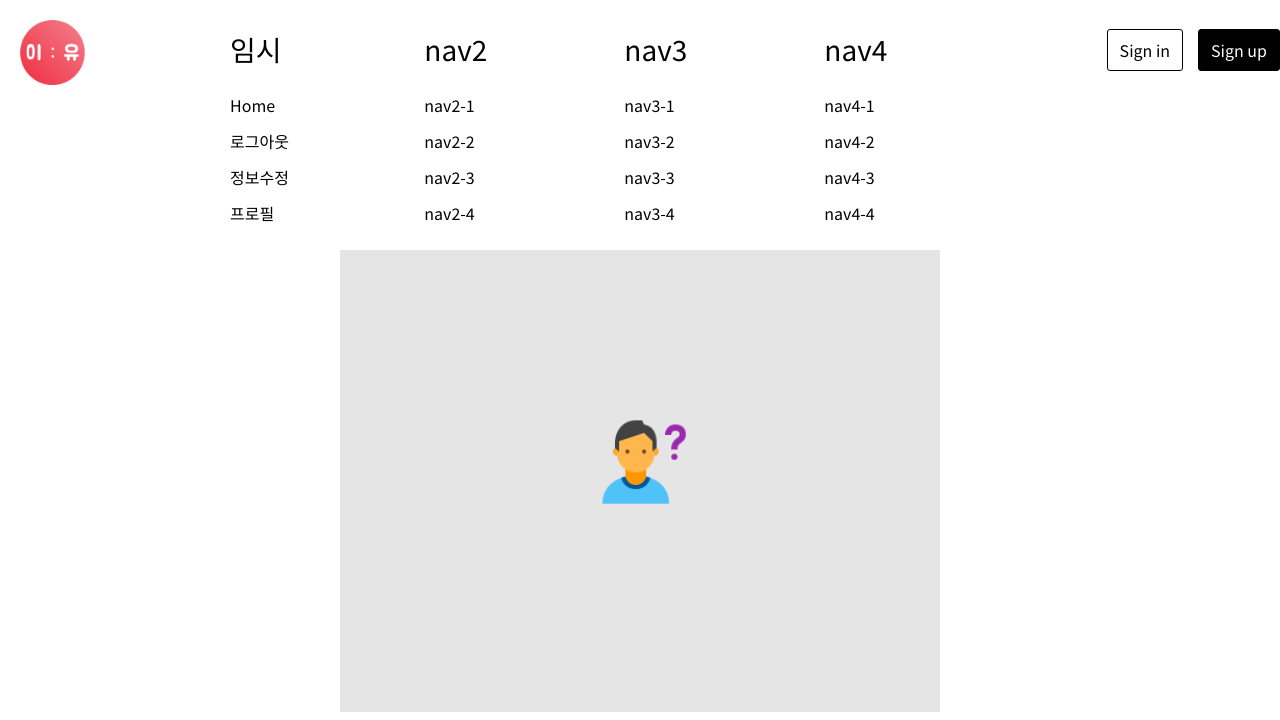
Repository: ryuwc/E_U
Page: /feeling (app in final-pjt-front/)
An editor plug-in stored every save of this project. The page is shown before and after the next save, followed by the edit.
The browser window is 1280 px wide. The pictures show the whole page.
The page's requests for data from a server got no answer. Some web libraries are served in a nearby version. The project was rebuilt for these pictures with package versions that can differ from the ones it lists, and the page was loaded fresh each time. No one was signed in, and anything a server would have sent is missing. Also part of the build but not shown: final-pjt-front/vue.config.js.

Above is the page before, as saved 2022-11-23 12:43:58.

### final-pjt-front/public/index.html
<!DOCTYPE html>
<html lang="">
  <head>
    <meta charset="utf-8">
    <meta http-equiv="X-UA-Compatible" content="IE=edge">
    <meta name="viewport" content="width=device-width,initial-scale=1.0">
    <link rel="icon" href="<%= BASE_URL %>favicon.ico">
    <title>이:유</title>
    <link href="https://cdn.jsdelivr.net/npm/bootstrap@5.2.0/dist/css/bootstrap.min.css" rel="stylesheet" integrity="sha384-gH2yIJqKdNHPEq0n4Mqa/HGKIhSkIHeL5AyhkYV8i59U5AR6csBvApHHNl/vI1Bx" crossorigin="anonymous">
    <link rel="preconnect" href="https://fonts.googleapis.com">
    <link rel="preconnect" href="https://fonts.gstatic.com" crossorigin>
    <link href="https://fonts.googleapis.com/css2?family=Pacifico&display=swap" rel="stylesheet">

    <!-- 온보딩 -->
    <link rel="preconnect" href="https://fonts.googleapis.com" />
    <link rel="preconnect" href="https://fonts.gstatic.com" crossorigin />
    <link href="https://fonts.googleapis.com/css2?family=Noto+Sans+KR:wght@300;400;500;700&display=swap" rel="stylesheet" />
  </head>
  <body>
    <noscript>
      <strong>We're sorry but <%= htmlWebpackPlugin.options.title %> doesn't work properly without JavaScript enabled. Please enable it to continue.</strong>
    </noscript>
    <div id="app"></div>
    <!-- built files will be auto injected -->
    <script src="https://cdn.jsdelivr.net/npm/bootstrap@5.2.0/dist/js/bootstrap.bundle.min.js" integrity="sha384-A3rJD856KowSb7dwlZdYEkO39Gagi7vIsF0jrRAoQmDKKtQBHUuLZ9AsSv4jD4Xa" crossorigin="anonymous"></script>
    <script src="https://kit.fontawesome.com/703c5975bf.js" crossorigin="anonymous"></script>
  </body>
</html>

### final-pjt-front/src/main.js
import Vue from 'vue'
import App from './App.vue'
import store from './store'
import router from './router'
import './assets/tailwind.css'

Vue.config.productionTip = false

new Vue({
  store,
  router,
  render: h => h(App)
}).$mount('#app')

### final-pjt-front/src/App.vue
<template>
  <div id="app">
    <body>
      <header id="header">
        <div class="header">

          <img src="./image/logo.png"
          style="width: 65px; height: 65px; margin-left: 20px; margin-top: 20px; margin-bottom: 20px;"
          >

          <nav>
            <ul>
              <li>
                <div class="list">
                  <h3 class="nav_text">임시</h3>
                  <div class="hidden_nav_list">
                    <a href="">
                      <router-link  to="/home"><p class="hidden_nav_list_text">Home</p></router-link>
                    </a>
                    <a href="" @click.prevent="logOut">
                      <p class="hidden_nav_list_text">로그아웃</p>
                    </a>
                    <a href="">
                      <router-link to="/edit"><p class="hidden_nav_list_text">정보수정</p></router-link>
                    </a>
                    <a href="">
                      <router-link to="/profile"><p class="hidden_nav_list_text">프로필</p></router-link>
                    </a>
                  </div>
                </div>
              </li>
              <li>
                <div class="list">
                  <h3 class="nav_text">nav2</h3>
                  <div class="hidden_nav_list">
                    <a href="">
                      <p class="hidden_nav_list_text">nav2-1</p>
                    </a>
                    <a href="">
                      <p class="hidden_nav_list_text">nav2-2</p>
                    </a>
                    <a href="">
                      <p class="hidden_nav_list_text">nav2-3</p>
                    </a>
                    <a href="">
                      <p class="hidden_nav_list_text">nav2-4</p>
                    </a>
                  </div>
                </div>
              </li>
              <li>
                <div class="list">
                  <h3 class="nav_text">nav3</h3>
                  <div class="hidden_nav_list">
                    <a href="">
                      <p class="hidden_nav_list_text">nav3-1</p>
                    </a>
                    <a href="">
                      <p class="hidden_nav_list_text">nav3-2</p>
                    </a>
                    <a href="">
                      <p class="hidden_nav_list_text">nav3-3</p>
                    </a>
                    <a href="">
                      <p class="hidden_nav_list_text">nav3-4</p>
                    </a>
                  </div>
                </div>
              </li>
              <li>
                <div class="list">
                  <h3 class="nav_text">nav4</h3>
                  <div class="hidden_nav_list">
                    <a href="">
                      <p class="hidden_nav_list_text">nav4-1</p>
                    </a>
                    <a href="">
                      <p class="hidden_nav_list_text">nav4-2</p>
                    </a>
                    <a href="">
                      <p class="hidden_nav_list_text">nav4-3</p>
                    </a>
                    <a href="">
                      <p class="hidden_nav_list_text">nav4-4</p>
                    </a>
                  </div>
                </div>
              </li>
            </ul>
          </nav>

          <div class="header_button_group">
            <router-link v-if="!isLogin" to="/login"><button class="header_button_signin" style="color: black;">Sign in</button></router-link>
            <router-link v-if="!isLogin" to="/signup"><button class="header_button_signup">Sign up</button></router-link>
          </div>
        </div>
      </header>
    </body>


    <!-- 임시로 사용한 네브바 -->
    <!-- <nav>
      <router-link  to="/home">| Home |</router-link>
      <router-link v-if="!isLogin" to="/signup">| Sign Up |</router-link>
      <router-link v-if="!isLogin" to="/login">Login |</router-link>
      <button v-if="isLogin" @click="logOut">로그아웃 |</button>
      <router-link v-if="isLogin" to="/edit">정보수정</router-link> |
      <router-link v-if="isLogin" to="/profile">Profile |</router-link>
      <router-link to="/practice">연습</router-link> |
    </nav> -->

    <router-view />
  </div>
</template>

<script>
import { mapActions, mapGetters } from 'vuex';

const moviesStore = 'moviesStore';

export default {
  name: 'App',

  data() {
    return {
      header: null,
      logo: null,
      navText: null,
      hiddenNavText: null,
      headerBtnSignin: null,
    };
  },
  methods: {
    ...mapActions('accountsStore', ['logOut']),
    ...mapActions(moviesStore, ['getMovies']),
    ...mapActions(moviesStore, ['getNowMovies']),
    getId: (id) => {
      return document.getElementById(id);
    },
    getClass: (className) => {
      return document.getElementsByClassName(className);
    },
    test() {
      return console.log(this.getId('header'));
    },
    handleHoverHeader() {
      this.header.style.backgroundColor = '#fff';
      this.header.style.height = '250px';
      // if (this.headerBtnSignin) {
      //   this.headerBtnSignin[0].style.color = '#000';
      // }
      // this.logo.src = 'https://e7.pngegg.com/pngimages/941/692/png-clipart-black-small-apple-logo-logo-material-apple-logo.png';
      Object.values(this.navText).map((text) => (text.style.color = '#000'));
      Object.values(this.hiddenNavText).map((text) => {
        text.style.display = 'block';
        text.style.color = '#000';
      });
    },
    handleLeaveHeader() {
      this.header.style.backgroundColor = 'rgba(0,0,0,0)';
      this.header.style.height = '100px';
      // if (this.headerBtnSignin) {
      //   this.headerBtnSignin[0].style.color = '#fff';
      // }
      // this.logo.src = 'https://e7.pngegg.com/pngimages/941/692/png-clipart-black-small-apple-logo-logo-material-apple-logo.png';
      Object.values(this.navText).map((text) => (text.style.color = '#fff'));
      Object.values(this.hiddenNavText).map((text) => {
        text.style.display = 'none';
        text.style.color = '#000';
      });
    },
    main: () => {
      // header = this.getId('header');
    },
  },
  computed: {
    ...mapGetters('accountsStore', ['isLogin']),
    ...mapGetters('accountsStore', ['nickname']),
  },
  created() {
    this.getMovies(), this.getNowMovies();
  },
  mounted() {
    this.header = this.getId('header');
    this.logo = this.getId('logo');
    this.navText = this.getClass('nav_text');
    this.hiddenNavText = this.getClass('hidden_nav_list_text');
    this.headerBtnSignin = this.getClass('header_button_signin');
    // console.log(this.header);
    this.header.addEventListener('mouseover', this.handleHoverHeader);
    this.header.addEventListener('mouseleave', this.handleLeaveHeader);
  },
};
</script>


<style scoped>

body {
  margin: 0;
  padding: 0;
  width: 100%;
  height: 100%;
  background-color: white;
  color: white;
  font-family: 'Noto Sans KR', sans-serif;
}

body::-webkit-scrollbar {
  display: none;
}

h1,
h2,
h3,
h4,
h5,
h6,
ul,
li,
p {
  margin: 0;
  padding: 0;
}

ul {
  display: flex;
  height: 100%;
  list-style-type: none;
  color: inherit;
}

li {
  display: flex;
  justify-content: center;
  align-items: center;
  width: 120px;
  height: 100%;
  text-align: center;
  margin-right: 80px;
}

a {
  text-decoration: none;
  color: inherit;
}

button {
  background-color: #000;
  padding: 8px 12px;
  border: 1px solid #000;
  cursor: pointer;
  border-radius: 3px;
  color: white;
  height: fit-content;
}

button:hover {
  transform: scale(1.05);
}

button:active {
  transform: scale(0.97);
}

header {
  position: absolute;
  top: 0;
  width: 100%;
  /* height: 300px; */
  height: 100px;
  transition: 0.2s ease-in-out;
  z-index: 100;
  background-color: rgba(0, 0, 0, 0);
  overflow: hidden;
}

#header {
  display: flex;
  justify-content: center;
}

.header {
  display: flex;
  justify-content: space-between;
  width: 1280px;
  height: 100px;
}

.header_wrapper {
  display: flex;
  justify-content: space-between;
  /* width: 1280px; */
}

.logo {
  display: flex;
  align-items: center;
  width: 100px;
  height: 100px;
}

.logo img {
  width: 100%;
}

.header_button_group {
  display: flex;
  align-items: center;
  height: 100%;
}

.header_button_signin {
  margin-right: 15px;
  background-color: transparent;
}

.list {
  position: relative;
}

.hidden_nav_list {
  position: absolute;
  top: 60px;
  left: 0;
  width: 120px;
  text-align: left;
}

.hidden_nav_list p {
  margin-bottom: 12px;
  cursor: pointer;
}

.section {
  position: relative;
  width: 100vw;
  height: 100vh;
  transition: all 700ms ease 0s;
}

.section_text {
  position: absolute;
  display: flex;
  justify-content: center;
  width: 100vw;
  z-index: 2;
  top: 150px;
}

.section_header {
  top: 200px;
}

.section_text div {
  width: 1280px;
}

.section_text h2 {
  font-size: 64px;
  text-shadow: 2px 2px 2px #000;
}

.img {
  position: absolute;
  width: 100%;
  height: 100vh;
}

.img img {
  width: 100%;
  height: 100vh;
}

.more_btn {
  top: unset;
  bottom: 100px;
}

.more_btn button {
  width: 200px;
  height: 40px;
  background-color: #eee;
  border: 1px solid #000;
  color: #000;
  border: none;
  box-shadow: 2px 2px 5px rgba(0, 0, 0, 0.5);
}

#section_1_title,
#section_2_title,
#section_3_title,
#section_4_title,
#section_5_title,
#section_6_title {
  opacity: 0;
  transition: 0.5s ease-in-out;
  transition-delay: 0.5s;
  margin-left: 100px;
}

#section_6_btn {
  opacity: 0;
  transition: 0.5s ease-in-out;
  transition-delay: 0.5s;
  transform: translateY(100px);
}

#section_1_title {
  margin-left: 0;
}

.balls {
  width: 10em;
  display: flex;
  flex-flow: row nowrap;
  align-items: center;
  justify-content: space-between;
}

.balls div {
  width: 3em;
  height: 3em;
  border-radius: 50%;
  background-color: #fc2f70;
  transform: translateY(-100%);
  animation: wave 3s ease-in-out alternate infinite;
}

.balls div:nth-of-type(1) {
  animation-delay: -0.4s;
}

.balls div:nth-of-type(2) {
  animation-delay: -0.2s;
}
.balls div:nth-of-type(3) {
  animation-delay: -0.1s;
}

@keyframes wave {
  from {
    transform: translateY(-50%);
  }
  to {
    transform: translateY(50%);
  }
}

</style>

### final-pjt-front/src/store/index.js
import Vue from 'vue'
import Vuex from 'vuex'
import accountsStore from './modules/accountsStore'
import moviesStore from './modules/moviesStore';
import createPersistedState from "vuex-persistedstate";
import VuexPersistence from 'vuex-persistedstate'

Vue.use(Vuex)

const vuexLocal = new VuexPersistence({
  storage: window.localStorage,
  modules: ['accountsStore'],
})

export default new Vuex.Store({
  plugins: [createPersistedState()],

  state: {
  },
  getters: {
  },
  mutations: {
  },
  actions: {
  },
  modules: {
    accountsStore: accountsStore,
    moviesStore: moviesStore,
    plugins: [vuexLocal.plugin],
  }
})

### final-pjt-front/src/router/index.js
import Vue from 'vue'
import VueRouter from 'vue-router'

Vue.use(VueRouter)

const routes = [
  {
    path: '/signup',
    name: 'SignView',
    component: () => import('../views/accounts/SignUpView.vue')
  },
  {
    path: '/login',
    name: 'LoginView',
    component: () => import('../views/accounts/LoginView.vue'),

  //   beforeEnter(to, from, next) {
  //     // 이미 로그인 되어있는 경우
  //     this.$store.getters[accountsStore + "/i"] ? next({ name: "home" }) : next();
  //     to, from, next;
  //     console.log();
  //     // if (localStorage.getItem('token')) {
  //     //   // 메인 페이지로 이동
  //     //   next({ name: 'main' });
  //     // } else {
  //     //   next();
  //     // }
  //   }
  },
  {
    path: '/edit',
    name: 'EditUserView',
    component: () => import('../views/accounts/EditUserView.vue')
  },
  {
    path: '/profile/:id',
    name: 'ProfileView',
    component: () => import('../views/accounts/ProfileView.vue')
  },
  // {
  //   path: '/',
  //   name: 'IntroPageView',
  //   component: () => import('../views/movies/IntroPageView.vue')
  // },
  {
    path: '/home',
    name: 'MovieView',
    component: () => import('../views/movies/MovieView.vue')
  },
  {
    path: '/practice',
    name: 'PracticeView',
    component: () => import('../views/accounts/PracticeView.vue')
  },
  {
    path: '/test',
    name: 'TestView',
    component: () => import('../views/accounts/TestView.vue')
  },
  {
    path: '/choice',
    name: 'ChoiceMovieView',
    component: () => import('../views/accounts/ChoiceMovieView.vue')
  },
  {
    path: '/random',
    name: 'RandomMovieView',
    component: () => import('../views/movies/RandomMovieView.vue')
  },
  {
    path: '/feeling',
    name: 'FeelingMovieView',
    component: () => import('../views/movies/FeelingMovieView.vue')
  },
  {
    path: '/movies/:id',
    name: 'MovieDetailInfoView',
    component: () => import('../views/movies/MovieDetailInfoView.vue')
  },
  {
    path: '/',
    name: 'onBoardingView',
    component: () => import('../views/onBoardingView.vue')
  },
  {
    path: '/test2',
    name: 'TestTwoView',
    component: () => import('../views/TestTwoView.vue')
  },
  {
    path: '/test3',
    name: 'TestThree',
    component: () => import('../views/testThree.vue')
  },
  {
    path: '/maintest',
    name: 'MainTest',
    component: () => import('../views/MainTest.vue')
  },
  {
    path: '*',
    name: 'NotPound404View',
    component: () => import('../views/NotPound404View.vue')
  },
]

const router = new VueRouter({
  mode: 'history',
  base: process.env.BASE_URL,
  routes
})

// 로컬스토리지에서 토큰 가져오기
// console.log(JSON.parse(localStorage.getItem("vuex")).accountsStore.token);


// // 전역 가드
// router.beforeEach((to, from, next) => {
//   // 로그인 되어 있는지 확인 (위의 방법 확인)
//   const isLogin = JSON.parse(localStorage.getItem("vuex")).accountsStore.token ? true : false;
//   // 로그인이 필요한 페이지
//   const authPages = ['EditUserView', 'profile'];
//   // 앞으로 이동할 페이지(to)가 로그인이 필요한 페이지에 속하는지 확인
//   const authRequired = authPages.includes(to.name);
//   // 로그인이 필요한 페이지에 로그인이 되어 있지 않으면 로그인 페이지로 이동
//   if (authRequired && !isLogin) {
//     next('/login');
//     // 로그인이 필요 없는 페이지에 로그인이 되어 있으면 메인 페이지로 이동
//   } else{
//     next();
//   }
// })

export default router

### final-pjt-front/src/store/modules/accountsStore.js
import axios from "axios";
import router from "@/router";

const API_URL = "http://127.0.0.1:8000";

const accountsStore = {
  namespaced: true,
  state: {
    token: "",
    user: {},
    usernames: [],
  },
  getters: {
    authHead: (state) => ({ Authorization: `Token ${state.token}` }),
    user: (state) => state.user,
    username: (state) => state.user.username,
    nickname: (state) => state.user.nickname || state.user.username,
    isLogin: (state) => state.token ? true : false,
    usernames: (state) => state.usernames,

  },
  mutations: {
    SET_TOKEN: (state, token) => ( state.token = token ),
    SET_USER: (state, user) => (state.user = user),
  },
  actions: {
    test() {
      console.log("test");
    },
    getUserInfo({ commit, getters }, username) {
      axios({
        method: "get",
        url: `${API_URL}/accounts/profile/${username}`,
        headers: getters.authHead,
      })
        .then((res) => {
          console.log(res.data);
          commit("SET_USER", res.data);
        })
        .catch((err) => {
          console.log(err);
        });
    },

    signUp({ state }, user) {
      // console.log("sign up");
      // console.log(user);
      let signUpuser = {
        username: user.username,
        nickname: user.nickname,
        password1: user.password1,
        password2: user.password2,
      };
      if (!user.nickname) {
        signUpuser = {
          username: user.username,
          password1: user.password1,
          password2: user.password2,
        };
      }
      // console.log(signUpuser);
      axios({
        method: "post",
        url: "http://127.0.0.1:8000/accounts/signup/",
        data: { ...signUpuser },
      })
        .then((res) => {
          res
          state.usernames.push(user.username);
          router.push({ name: "LoginView" });
        })
        .catch((err) => {
          console.log(err);
        });
    },
    login({ commit, dispatch }, user) {
        // console.log(user);
        axios({
          method: 'post',
          url: `${API_URL}/accounts/login/`,
          data: { ...user },
        })
        .then(res => {
          // console.log(res);
          commit('SET_TOKEN', res.data.key);
          dispatch('getUserInfo', user.username);
        })
        .catch((err) => {
          console.log(err);
        });
      },
      logOut({ commit, getters }) {
        // console.log("logout", getters.authHead);
        axios({
          method: 'post',
          url: `${API_URL}/accounts/logout/`,
          headers: getters.authHead,
        })
        .then(res => {
          console.log(res);
          commit('SET_TOKEN', '');
          commit('SET_USER', {});
        })
        .catch(err => {
          console.log(err);
        })
      },
      editUserInfo({ dispatch, commit, getters }, user) {
        // console.log(user);
        commit
        user
        const userOrigin = getters.user;
        // console.log(userOrigin);
        const userNew = { ...userOrigin, ...user };
        // console.log(userNew);
        // console.log(getters.authHead);
        axios({
          method: 'put',
          url: `${API_URL}/accounts/profile/${getters.username}/`,
          data: { ...userNew },
          headers: getters.authHead,
        })
        .then(res => {
          console.log(res);
          // commit('SET_USER', res.data);
          dispatch('getUserInfo', res.data.username);
        })
      },
      editPassword({ getters }, password) {
        // console.log(password);
        axios({
          method: 'post',
          url: `${API_URL}/accounts/password/change/`,
          headers: getters.authHead,
          data: { ...password },
        })
        .then(() => {
          alert('비밀번호 변경에 성공했습니다.');
        })
        .catch(err => {
          console.log(err);
        })
      },
  }
}

export default accountsStore

### final-pjt-front/src/views/movies/FeelingMovieView.vue
<template>
  <body style="margin-top: 7rem; top: 0;">
    <div class="menu">
      <div class="toggle" @click="toggle"><img style="margin-left: 3px; height: 100px; width: 100px;" src="data:[embedded picture, 4190 characters]"></div>
      <li style="--i:0;--clr:#fff;">
        <a href="#">
          <img style="width: 100px; height: 100px;" src="data:[embedded picture, 3262 characters]">
        </a>
      </li>
      <li style="--i:1;--clr:#fff;">
        <a href="#"><img style="width: 100px; height: 100px;" src="data:[embedded picture, 2894 characters]"></a>
      </li>
      <li style="--i:2;--clr:#fff;">
        <a href="#"><img style="width: 100px; height: 100px;" src="data:[embedded picture, 4482 characters]"></a>
      </li>
      <li style="--i:3;--clr:#fff;">
        <a href="#"><img style="width: 100px; height: 100px;" src="data:[embedded picture, 3890 characters]"></a>
      </li>
      <li style="--i:4;--clr:#fff;">
        <a href="#"><img style="width: 100px; height: 100px;" src="data:[embedded picture, 3314 characters]"></a>
      </li>
      <li style="--i:5;--clr:#fff;">
        <a href="#"><img style="width: 100px; height: 100px;" src="data:[embedded picture, 3470 characters]"></a>
      </li>

    </div>
  </body>
</template>

<script>
export default {
  name: 'FeelingMovieView',

  data() {
    return {

    };
  },

  mounted() {

  },

  methods: {
    toggle() {
      const menu = document.querySelector('.menu');
      menu.classList.toggle('active');
    }
  },
};
</script>

<style scoped>
.menu {
  position: relative;
  width: 600px;
  height: 600px;
  background: rgba(0, 0, 0, 0.1);
  display: flex;
  justify-content: center;
  align-items: center;
  margin-left: auto;
  margin-right: auto;
}

.menu .toggle {
  position: relative;
  width: 60px;
  height: 60px;
  /* background: #fff; */
  border-radius: 50%;
  /* box-shadow: 0 3px 4px rgba(0, 0, 0, 0.15); */
  display: flex;
  justify-content: center;
  align-items: center;
  cursor: pointer;
  transition: 1.25s;
  margin-top: 100px;
}

.menu.active .toggle {
  transform: rotate(360deg);
  box-shadow: 0, 6px, 6px, rgba(0, 0, 0, 0.15), 0 0 0 2px #333, 0 0 0 8px #fff
}

.menu li {
  position: absolute;
  left: 0;
  list-style: none;
  transition: 0.5s;
  transform: rotate(calc(360deg / 6 * var(--i)));
  transform-origin: 300px;
  scale: 0;
  transition-delay: calc(0.05s * var(--i));
}

.menu.active li {
  scale: 1;
}

.menu li a {
  position: relative;
  display: flex;
  transform: rotate(calc(360deg / -6 * var(--i)));

}

</style>

### final-pjt-front/tailwind.config.js
/** @type {import('tailwindcss').Config} */
module.exports = {
  corePlugins: {
    preflight: false,
  },
  content: [
      './src/views/accounts/*.{vue,js,ts,jsx,tsx}',
      './src/views/movies/MovieDetailInfoView.vue',
      './src/views/NotPound404View.vue',
      './src/components/ReviewCandi1.vue',
      './src/views/TestTwoView.vue',
      // './src/components/MoviveCard.vue',
      './src/components/PosterSlider.vue',
      './src/components/MovieClip.vue',
      './src/components/MovieDetailR.vue',
    ],
  theme: {
    extend: {},
  },
  plugins: [],
}

Loaded but not shown: final-pjt-front/src/assets/tailwind.css (common file); final-pjt-front/src/store/modules/moviesStore.js (237 lines, source omitted)

After the next save:
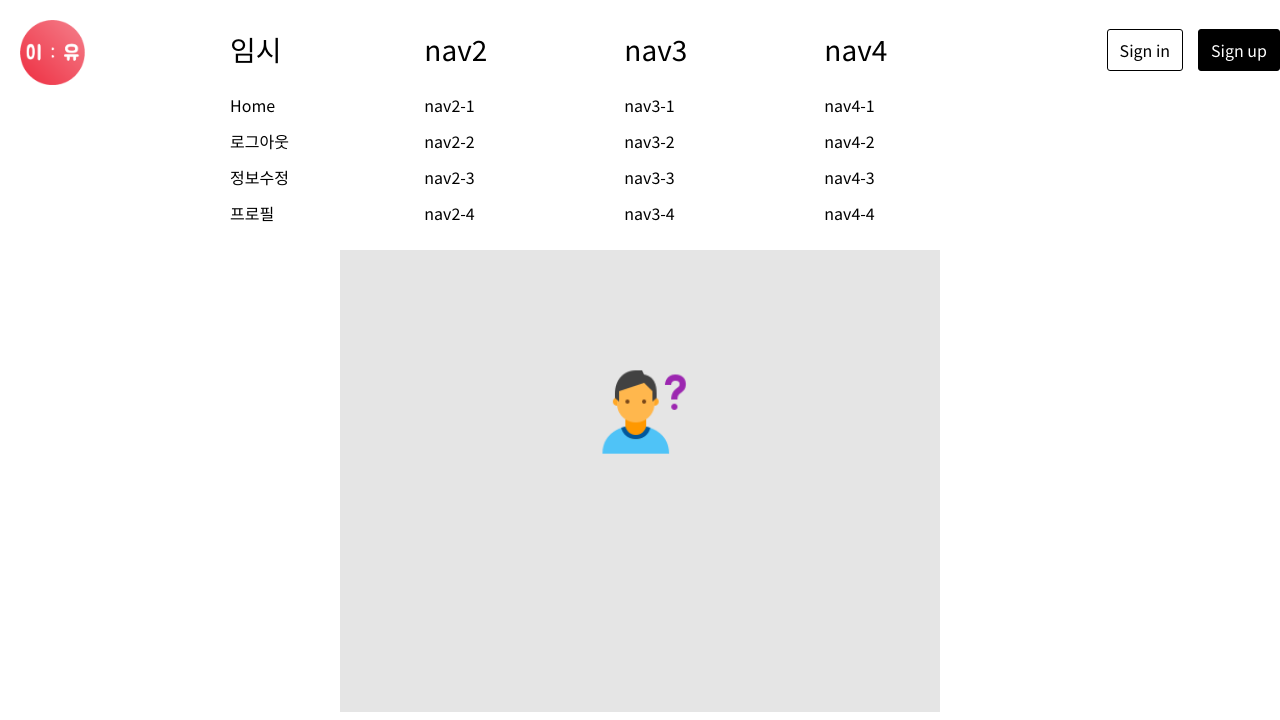
Saved 7 s later.
--- a/final-pjt-front/src/views/movies/FeelingMovieView.vue
+++ b/final-pjt-front/src/views/movies/FeelingMovieView.vue
@@ -75,7 +75,6 @@ export default {
   align-items: center;
   cursor: pointer;
   transition: 1.25s;
-  margin-top: 100px;
 }
 
 .menu.active .toggle {
